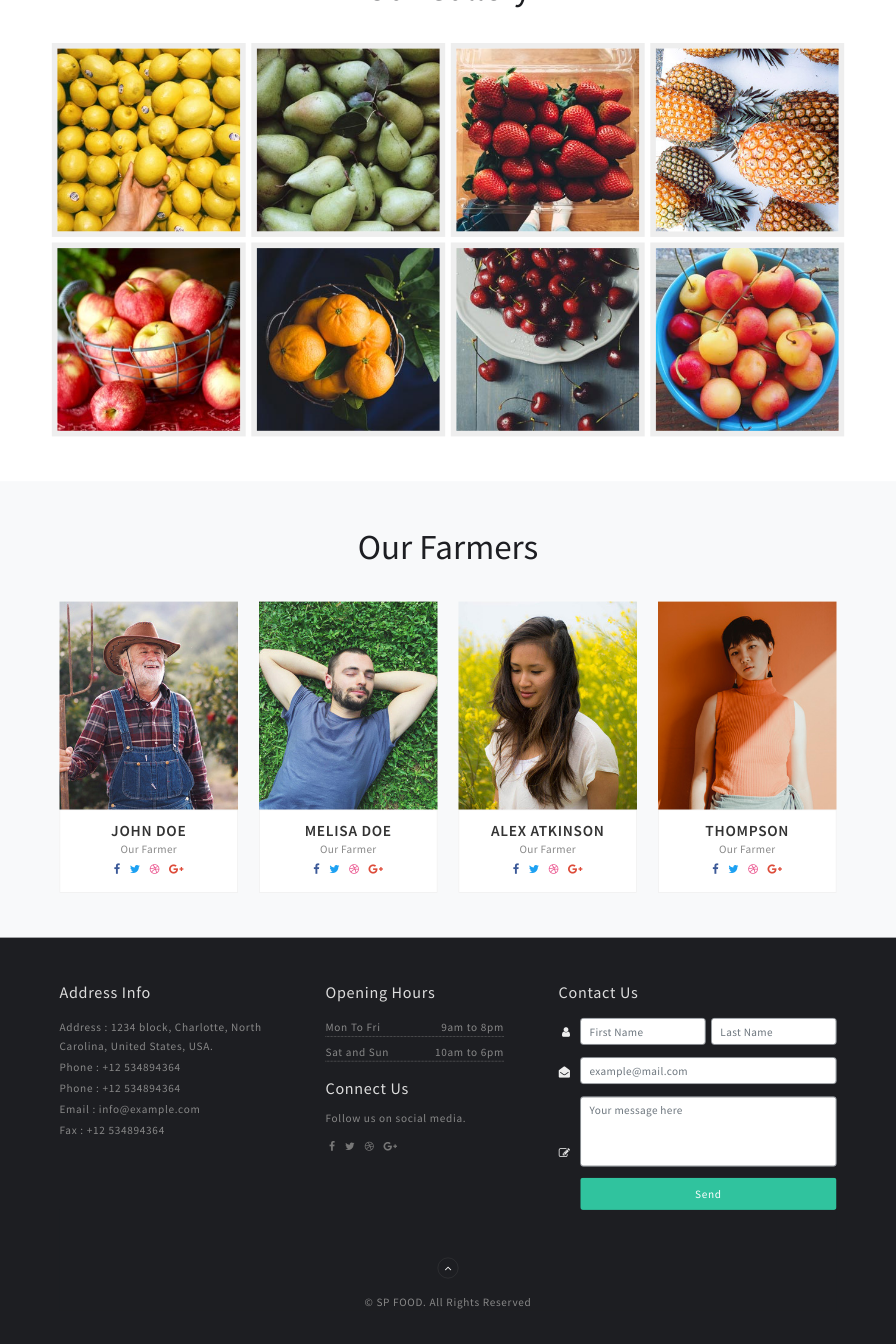
Repository: httpamit/SP-Food
Page: index.html
The author's editor kept a copy of each file at every save. The page is drawn from the files as they stood at one save, then again after the next save.
The browser window is 1280 px wide. The pictures show the part of the page from y = 2919 to 4839 px (the page is 4839 px tall before and 4766 px after), at 70% of full size.
Backgrounds fixed to the window are drawn as part of the page.

Above is the page before, as saved 2019-02-07 23:18:42.

After the next save:
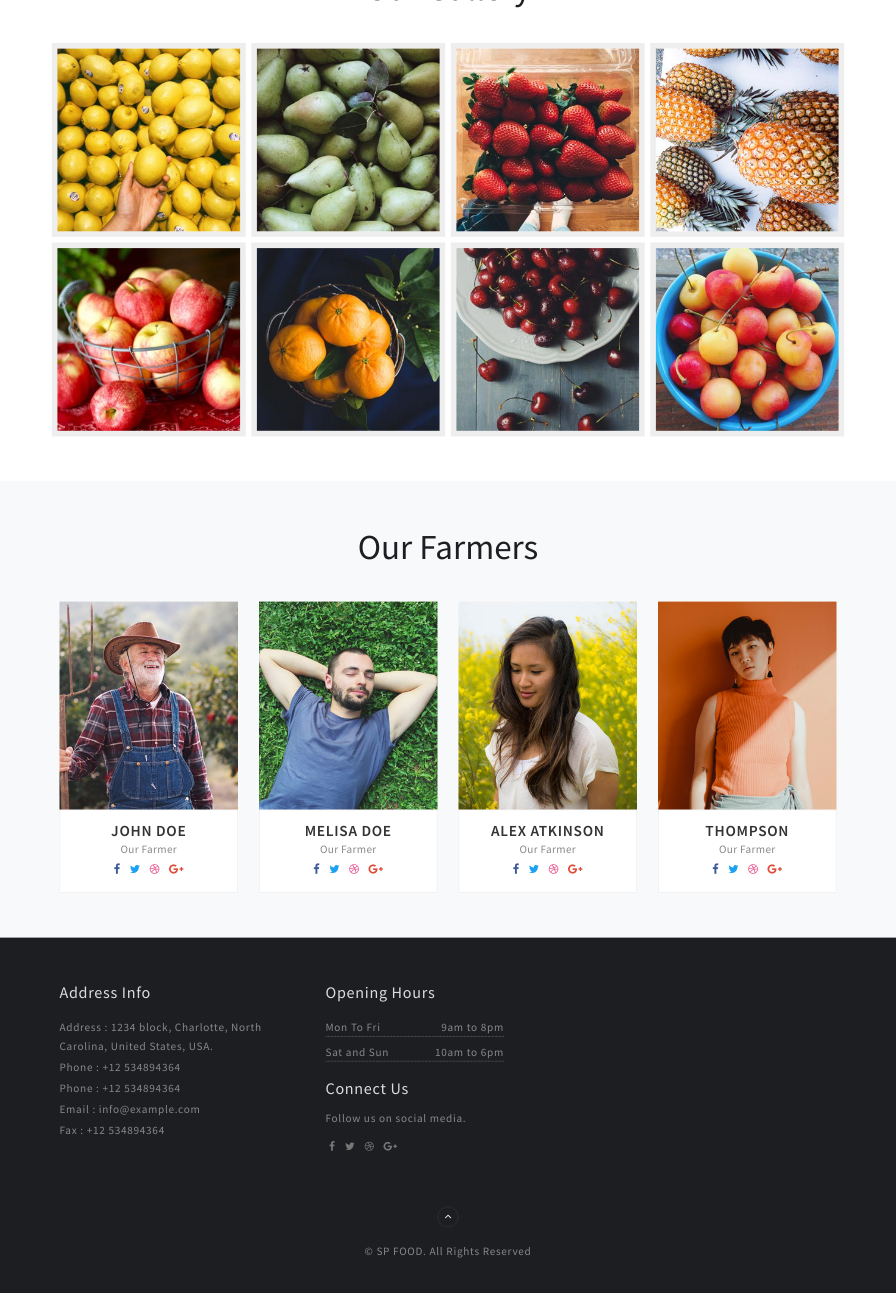
Saved 67 s later.
--- a/index.html
+++ b/index.html
@@ -461,56 +461,6 @@
 				<li><a href="#"><span class="fa fa-google-plus icon_g_plus"></span></a></li>
 			</ul>
 		</div>
-		<div class="col-lg-5 mt-lg-0 mt-5">
-			<h3 class="mb-4 ml-md-5"> Contact Us</h3>
-			<form action="#" method="get" class="register-wthree">
-				<div class="form-group">
-					<div class="row">
-						<div class="col-sm-2 d-sm-flex align-items-end justify-content-end px-sm-0">
-							<label class="mb-0">
-								<span class="fa fa-user"></span>
-							</label>
-						</div>
-						<div class="col-sm-5 pr-sm-1">
-							<input class="form-control" type="text" placeholder="First Name" name="email" required="">
-						</div>
-						<div class="col-sm-5 pl-sm-1 pl-auto mt-sm-0 mt-2">
-							<input class="form-control" type="text" placeholder="Last Name" name="email" required="">
-						</div>
-					</div>
-				</div>
-				<div class="form-group">
-					<div class="row">
-						<div class="col-sm-2 d-sm-flex align-items-end justify-content-end px-sm-0">
-							<label class="mb-0">
-								<span class="fa fa-envelope-open"></span>
-							</label>
-						</div>
-						<div class="col-sm-10">
-							<input class="form-control" type="email" placeholder="example@mail.com" name="email" required="">
-						</div>
-					</div>
-				</div>
-				<div class="form-group">
-					<div class="row">
-						<div class="col-sm-2 d-sm-flex align-items-end justify-content-end px-sm-0">
-							<label class="mb-0">
-								<span class="fa fa-edit"></span>
-							</label>
-						</div>
-						<div class="col-sm-10">
-							<textarea placeholder="Your message here" class="form-control"></textarea>
-						</div>
-					</div>
-				</div>
-				<div class="row mt-3">
-					<div class="offset-2"></div>
-					<div class="col-sm-10">
-						<button type="submit" class="btn btn-block w-100">Send</button>
-					</div>
-				</div>
-			</form>
-		</div>
 	</div>
 	<div class="copyright pt-sm-5 pt-4 text-center">
 		<a href="#home" class="move-top scroll"><span class="fa fa-angle-up" aria-hidden="true"></span></a>
